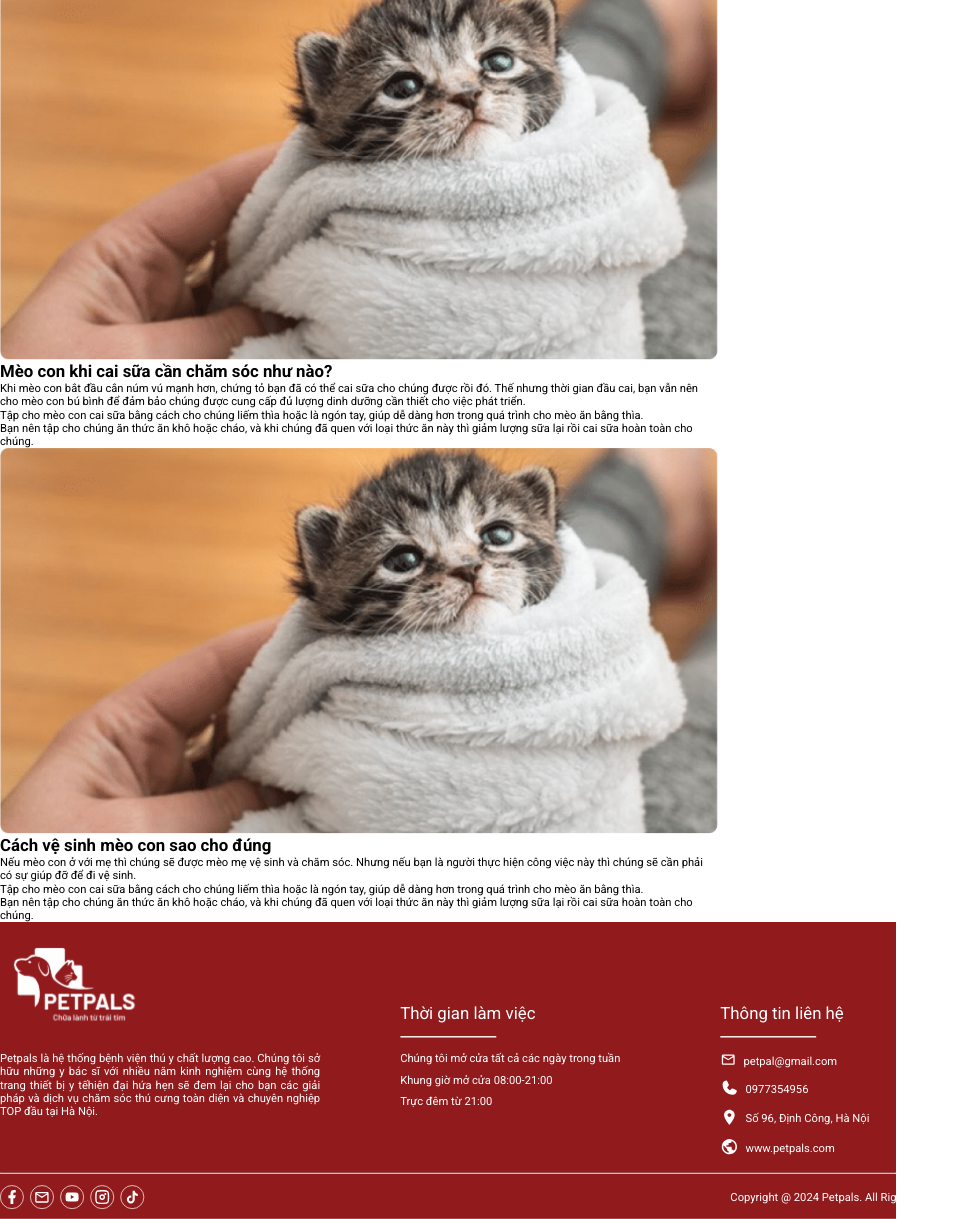
Repository: ahntrung1909/Petpals
Page: /danh-sach-bai-viet/chi-tiet-bai-viet (app in petpals-user-main/)
The author's editor kept a copy of each file at every save. The page is drawn from the files as they stood at one save, then again after the next save.
The browser window is 1280 px wide. The page is 1372 px wide, so the pictures cover 1372 px, including what lies to the right of the window. The pictures show the part of the page from y = 1673 to 3433 px (the page is 3414 px tall before and 3433 px after), at 70% of full size.
The project was rebuilt for these pictures with package versions that can differ from the ones it lists, and the page was loaded fresh each time. The framework's server and built-in components were replaced by stand-ins that run in the browser. Also part of the build but not shown: petpals-user-main/next.config.js, petpals-user-main/next.config.mjs.

Above is the page before, as saved 2024-04-14 18:05:45.

After the next save:
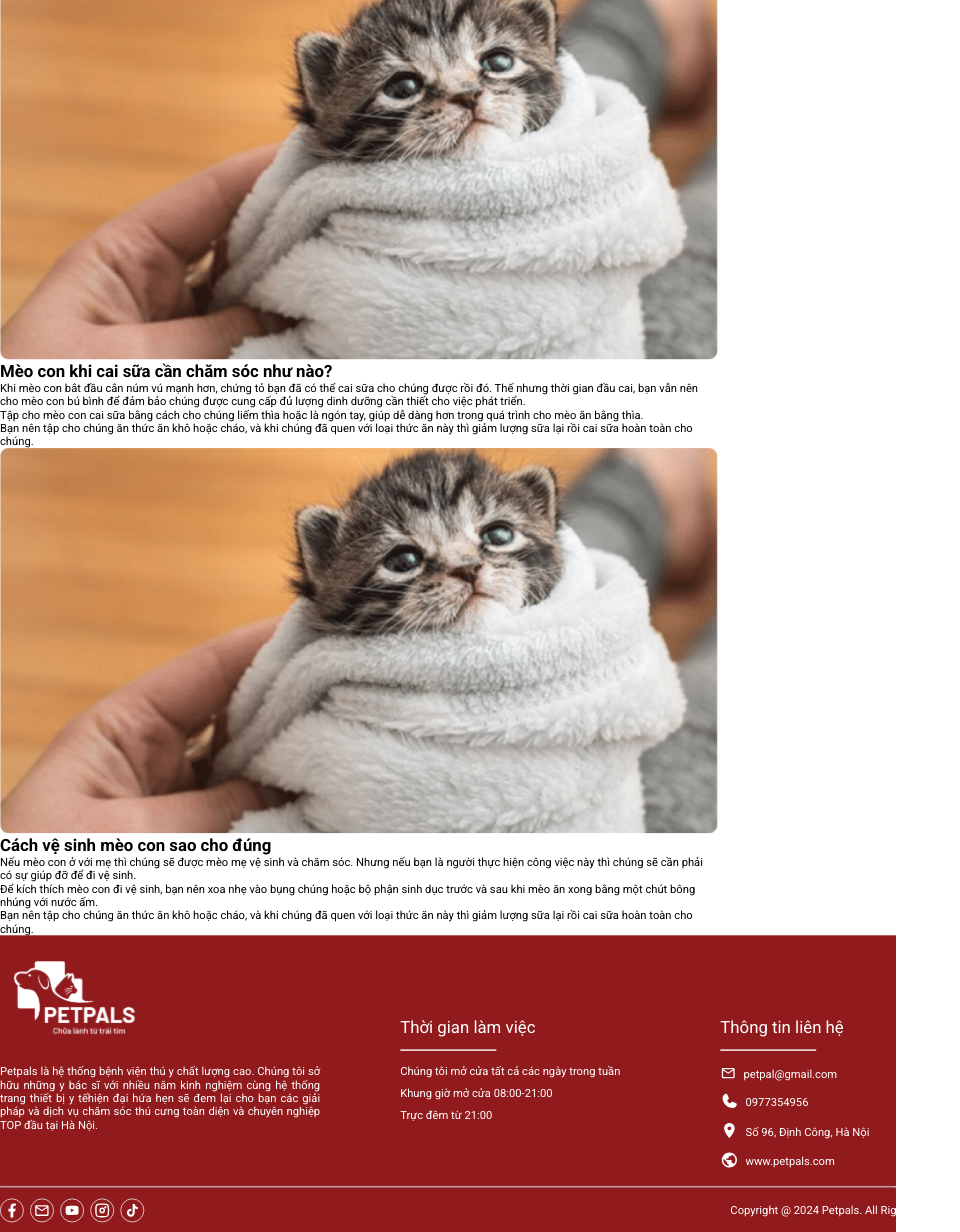
Saved 4 s later.
--- a/petpals-user-main/src/app/danh-sach-bai-viet/chi-tiet-bai-viet/page.js
+++ b/petpals-user-main/src/app/danh-sach-bai-viet/chi-tiet-bai-viet/page.js
@@ -122,8 +122,9 @@ export default function page() {
               phải có sự giúp đỡ để đi vệ sinh.
             </p>
             <p>
-              Tập cho mèo con cai sữa bằng cách cho chúng liếm thìa hoặc là ngón
-              tay, giúp dễ dàng hơn trong quá trình cho mèo ăn bằng thìa.
+              Để kích thích mèo con đi vệ sinh, bạn nên xoa nhẹ vào bụng chúng
+              hoặc bộ phận sinh dục trước và sau khi mèo ăn xong bằng một chút
+              bông nhúng với nước ấm.
             </p>
             <p>
               Bạn nên tập cho chúng ăn thức ăn khô hoặc cháo, và khi chúng đã
